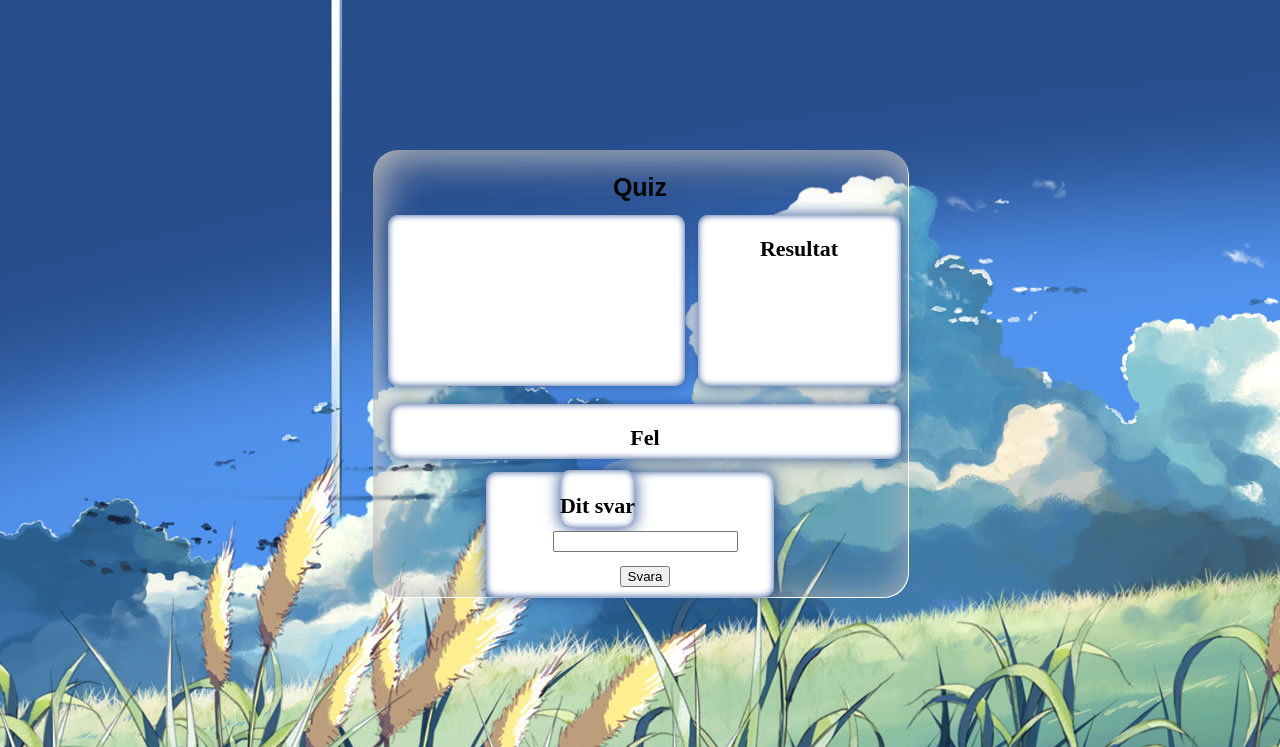
Repository: Marco30/1dv403-laborationer
Page: 4-thequiz/index.html
The author's editor kept a record of every edit. The page is drawn from the files as they stood at one moment, then again after the next edit.
The browser window is 1280 px wide. The pictures show the whole page.
The page's requests for data from a server got no answer.

Above is the page before.

### 4-thequiz/index.html
<!DOCTYPE html>

<html lang="sv">

<head>

	<meta charset="UTF-8" />

 	<title>Quiz</title>

 	<link href="css/style.css" rel="stylesheet" type="text/css">

    <script src="script/quiz.js"></script>


</head>

    <body>

        <div id="inramning"><!--*CSS läger text rutan i mitten-->

             <header><!--titel texten -->
                    <h1>Quiz</h1>
             </header>

           <main> <!--Alla meddelanden ska samlas här   -->

                <div id="textonpage"><!-- Här kommer jag lad in texten  -->

                </div>

                <div id="textram">

                    <p>
                        <div id="result"> Resultat </div>
                   </p>

                    <p>
                        <div id="fel"> Fel </div>
                   </p>

                    <div id="textruta">

                    <p>
                        <label id="antal">Dit svar</label><!--Visar antal meddelanden som finns på sidan -->
                    </p>

                    <p>

                    <input type="text" id="svar"/>

                    <input id="button" type="submit" value="Svara"/><!--Skicka Knapp, Man trycker på för att få upp meddelanden i sidan  -->

                    </p>



                </div>

           </main>

        </div>

    </body>
</html>

### 4-thequiz/css/style.css
 /* http://meyerweb.com/eric/tools/css/reset/
v2.0 | 20110126
License: none (public domain)
*/
html, body, div, span, applet, object, iframe,
h1, h2, h3, h4, h5, h6, p, blockquote, pre,
a, abbr, acronym, address, big, cite, code,
del, dfn, em, img, ins, kbd, q, s, samp,
small, strike, strong, sub, sup, tt, var,
b, u, i, center,
dl, dt, dd, ol, ul, li,
fieldset, form, label, legend,
table, caption, tbody, tfoot, thead, tr, th, td,
article, aside, canvas, details, embed,
figure, figcaption, footer, header, hgroup,
menu, nav, output, ruby, section, summary,
time, mark, audio, video {
margin: 0;
padding: 0;
border: 0;
font-size: 100%;
font: inherit;
vertical-align: baseline;
}
/* HTML5 display-role reset for older browsers */
article, aside, details, figcaption, figure,
footer, header, hgroup, menu, nav, section {
display: block;
}

ol, ul {
list-style: none;
}
blockquote, q {
quotes: none;
}
blockquote:before, blockquote:after,
q:before, q:after {
content: '';
content: none;
}
table {
border-collapse: collapse;
border-spacing: 0;
}

/*Här börjar min CSS */

#inramning
{
width: 535px;
margin: 150px auto;
/*background-color: #41566E;*/
/*border: 2px solid;*/
border-radius: 25px;
box-shadow: 1px 1px 0px 0px #FFF, 5px 5px 40px 2px #BBB inset;
}

header /* skappar rammen längs upp, den som har sidans namn */
{
height: 65px;
}

header H1 /* ger H1 följande egenskaper som alltid är bundna till header div */
{
font-weight: bold;
line-height: 74px;
text-align:center;
 font-family: ‘Lucida Sans Unicode’, ‘Lucida Grande’, sans-serif;
font-size: 25px;
color: rgb(5, 5, 5);
}

main
{

    height: auto;
    margin: auto;

}

body
{
line-height: 1;
/*background-color: #EDEDED;*/
background-image: url(../pics/promised.jpg);

}

.newmessage
{
background-color: #FFF;
width: 366px;
height: auto;
padding-top: 23px;
padding-bottom: 10px;
margin: 6px 649px 30px 71px;
    margin-top: 6px;
    margin-right-value: 649px;
    margin-bottom: 30px;
    margin-left-value: 71px;
    margin-left-ltr-source: physical;
    margin-left-rtl-source: physical;
    margin-right-ltr-source: physical;
    margin-right-rtl-source: physical;
word-wrap: break-word;
border-radius: 10px;
    border-top-left-radius: 10px;
    border-top-right-radius: 10px;
    border-bottom-right-radius: 10px;
    border-bottom-left-radius: 10px;
box-shadow: 0px 0px 7px 0px #2A5091 inset, 0px 0px 16px 0px #2A5091;
}

.textinput
{
       margin: 14px 3px 0px 34px;
}

.ikon
{
    margin-left: 455px;
}

.delete
{
       margin: 1px 0px 4px -132px;
width: 17px;
height: auto;
}

.tidikon
{

margin: -50px 19px 4px -155px;
width: 17px;
height: auto;
}

#antal
{
   margin: 14px 3px 0px 34px;
}

#result
{
background-color: #FFF;
width: 203px;
padding-top: 23px;
padding-bottom: 10px;
margin: -163px 649px 28px 325px;
word-wrap: break-word;
border-radius: 10px;
box-shadow: 0px 0px 7px 0px #2A5091 inset, 0px 0px 16px 0px #2A5091;
height: 100px;

font-size: 22px;
text-align: center;
font-weight: bold;
height: 138px;
margin: -201px 649px 28px 325px;
}


#fel
{
  background-color: #FFF;
width: 511px;
height: auto;
padding-top: 23px;
padding-bottom: 10px;
margin: -10px 81px 29px 17px;
word-wrap: break-word;
border-radius: 10px;
box-shadow: 0px 0px 7px 0px #2A5091 inset, 0px 0px 16px 0px #2A5091;

font-size: 22px;
text-align: center;
font-weight: bold;
}


#antal
{
  background-color: #FFF;
width: 511px;
height: auto;
padding-top: 23px;
padding-bottom: 10px;
margin: -10px 81px 29px 17px;
word-wrap: break-word;
border-radius: 10px;
box-shadow: 0px 0px 7px 0px #2A5091 inset, 0px 0px 16px 0px #2A5091;

font-size: 22px;
text-align: center;
font-weight: bold;
}


#svar
{

margin: 14px 3px 0px 34px;
}


#button
{
    margin: 14px 3px 0px 34px;
}

#textruta
{
  background-color: #FFF;
width: 288px;
height: auto;
padding-top: 23px;
padding-bottom: 10px;
margin: -16px 649px 30px 113px;
word-wrap: break-word;
border-radius: 10px;
box-shadow: 0px 0px 7px 0px #2A5091 inset, 0px 0px 16px 0px #2A5091;

font-size: 22px;
text-align: center;
font-weight: bold;

}

#textonpage
{
background-color: #FFF;
width: 297px;
padding-top: 23px;
padding-bottom: 10px;
margin: 0px 649px 30px 15px;
word-wrap: break-word;
border-radius: 10px;
box-shadow: 0px 0px 7px 0px #2A5091 inset, 0px 0px 16px 0px #2A5091;
height: 100px;

font-size: 22px;
text-align: center;
font-weight: bold;
vertical-align: middle;
line-height: 90px;
height: 138px;
}

### 4-thequiz/script/quiz.js
"use strict";

var quiz = {

    froga : null, // Variabel som kommer hålla objekten man från server

    xhr1 : new XMLHttpRequest(),// vi skppar ett XMLHttpRequest objekt som får namnet  xhr1

    xhr2 : new XMLHttpRequest(),// vi skppar ett XMLHttpRequest objekt som får namnet  xhr2

    webbfroga : "http://vhost3.lnu.se:20080/question/1",// Variabel som får start webbplatsen där informationen som vi kommer använda finns

    antal : 0,// Kommer hålla antal försök

    forsoktabel: [],// I den här arrayen kommer vi samla alla försök man gjort

    slut : 0, // använd för att texten efter avslutat sepl inte ska visa antal fel och antall försök

    start : function()
    {

        //---------------------Event hanterare som hanterar knapp tryckning--------------------------------

    document.getElementById("button").onclick = function(e)
    {
            e.preventDefault();

            var value = document.getElementById("svar").value;

             //document.getElementById("textonpage").innerHTML = "hej på dig";

            //document.getElementById("textonpage").innerHTML = quiz.froga.nextURL +" " + value;

            quiz.laddarupp(value, quiz.froga.nextURL);

    };


    quiz.laddarner(quiz.webbfroga);

    },

        //---------------------laddar ner frågor--------------------------------

    laddarner : function(http)
    {
       quiz.xhr1.onreadystatechange = function()// Funkar som onclick, men aktiveras när servern skickar till baks information
        {

            if (quiz.xhr1.readyState === 4)// 4 betyder att att information är färdig sickat, den kan nu användas av oss, när datan finns på websidan så startar den här if satsen
            {

                if(quiz.xhr1.status === 200)// // den här if satsen är en säkerhet kontroll, 200 betyder att att överföringen från server till webbsidan gick bra
                {


                quiz.froga =  JSON.parse(quiz.xhr1.responseText);// Omvandlar objekt vi får från servern till en arraye variabel med array funktioner.

                document.getElementById("textonpage").innerHTML = quiz.froga.question; // Läger in texten/information vi fåt från server i webbsidan

                }

            }

        };

            quiz.xhr1.open("GET",http,true);// Här sätter vi inställningar, gör att laddaner eller laddaupp, GET betyder att vi lddarner, http server platsen där informationen vi behöver finns, true betyder asynkront vilket betyder att man kör den utan att störa resten av scriptet

            quiz.xhr1.send(null);//Den här används för att laddar upp information i servern
    },



    laddarupp : function(svar, http)
    {

        //---------------------laddar upp svar--------------------------------

        quiz.xhr2.onreadystatechange = function()// Funkar som onclick, men aktiveras när servern skickar till baks information
        {

            if(quiz.xhr2.readyState === 4)// 4 betyder att att information är färdig sickat, den kan nu användas av oss, när datan finns på websidan så startar den här if satsen
            {
                var frogor2 = JSON.parse(quiz.xhr2.responseText);// Omvandlar objekt vi får från servern till en arraye variabel med array funktioner.

               document.getElementById("svar").value = "";// Noll ställer text rutan där man mattar in svar


                 if(frogor2.message === "Correct answer!")// kontrollerar att man get rätt svar gänom att gemföra meddelandet från servern
                 {

                        if (frogor2.nextURL !== undefined)// om frogor2.nextURL int är undefinde så går vi in i den här if stasen
                        {
                            document.getElementById("fel").innerHTML = ""// Noll ställer fel texte rutan där texten fel visas när man gjort ett fel

                            document.getElementById("antal").innerHTML = ""// Noll ställer texte rutan där texten antal försök visas

                            quiz.forsoktabel.push(quiz.antal);//Sparar anfall försöka man gjort i arrayen forsoktabe

                            quiz.antal = 0;// Noll ställer antal försök innan man läser in nästa fråga

                            quiz.laddarner(frogor2.nextURL);//Läser in nästa fråga genom att ge den nya server plasten där frågan finns
                        }

                        else//Har du fåt rät svar och det var den sita frågan så startar vi den här else satsen, den startas när frogor2.nextURL är undefine, Vilket också betyder att det är slut på frågor
                        {
                            quiz.forsoktabel.push(quiz.antal);//Sparar anfall försöka man gjort i arrayen forsoktabe

                            quiz.antal = 0; // Noll ställer antal försök innan man läser in nästa fråga

                            document.getElementById("textonpage").innerHTML = "Quizen är slut";// lägger in Error text i webbsidan

                            document.getElementById("fel").innerHTML = ""// Noll ställer fel texte rutan där texten fel visas när man gjort ett fel

                            document.getElementById("antal").innerHTML = ""// Noll ställer texte rutan där texten antal försök visas

                            quiz.slut = 1;// fixar bugar med att man kunte trycka på svara knapen och text matades in

                            quiz.resultat();

                        }

                }

                else// Var det fel svar så körs den här else satsen som visar att du svarat fel
                {

                    if(quiz.slut === 0)
                    {
                        document.getElementById("fel").innerHTML = "Du har svar fel på frågan!!!";// lägger in Error text i webbsidan

                        quiz.antal += 1;// räknar antal fel

                    document.getElementById("antal").innerHTML = " Antal försök: " + quiz.antal;// visar antal försök du gjort på frågan
                    }
                    else// fixar fel Som gjorde att man kunde forsetta se att det var fel svar och antal försök man gjort fast spelet var slut.
                    {
                        document.getElementById("fel").innerHTML = ""// Noll ställer fel texte rutan där texten fel visas när man gjort ett fel

                        document.getElementById("antal").innerHTML = ""// Noll ställer texte rutan där texten antal försök visas
                    }
                }
            }
        };

    var serversvar = JSON.stringify({answer: svar});// Här läggs svaret in och omvandlas till ett objekt som kan tass i mot av servern

   quiz.xhr2.open("POST", http, true);// // Här sätter vi inställningar, gör att laddaner eller laddaupp, POST betyder att vi laddar upp, http server platsen där informationen vi ska ladda upp, true betyder asynkront vilket betyder att man kör den utan att störa resten av scriptet

    quiz.xhr2.setRequestHeader("Content-Type", "application/json");// Informerar server att vi använder jason

    quiz.xhr2.send(serversvar);// Skickar upp datan till servern


    },

    //----------------------Resultat på antal försök  -------------------------------

    resultat : function()// Här presenteras försöks tabell
    {
        if(quiz.slut === 1)// Som gjorde att man kunde forsetta matta in text efter att spelet är slut och resultat rutan visade texten fast en det inte fan en fråga
        {

            document.getElementById("result").innerHTML = "Antal försök: ";// Lägger in text i webbsidan

            var m = 1;// visar numer på frågan

            for (var i = 0; i < quiz.forsoktabel.length; i+=1) // Löper igenom arrayen som har sammalt alla försök
            {
                var p = document.createElement("p");//Variabeln p får HTML koden <p>

                p.innerHTML = "Fråga "+ m +": " + quiz.forsoktabel[i];// lägger in information som finns i arrayen i <p> tagarna så att de syns på sidan

                 document.getElementById("result").appendChild(p);// Lägger in den nya HTML koden <p> i <div id = "result"> så att det syns på webbsidan

            m+=1;

            }

        }

        quiz.slut = 2;// fixar fell Som gjorde att man kunde forsetta matta in text efter att spelet är slut och resultat rutan visade texten fast en det inte fan en fråga

    }

};


window.onload = quiz.start;// startar funktionen som har label start när sidan har ladats

After the next edit:
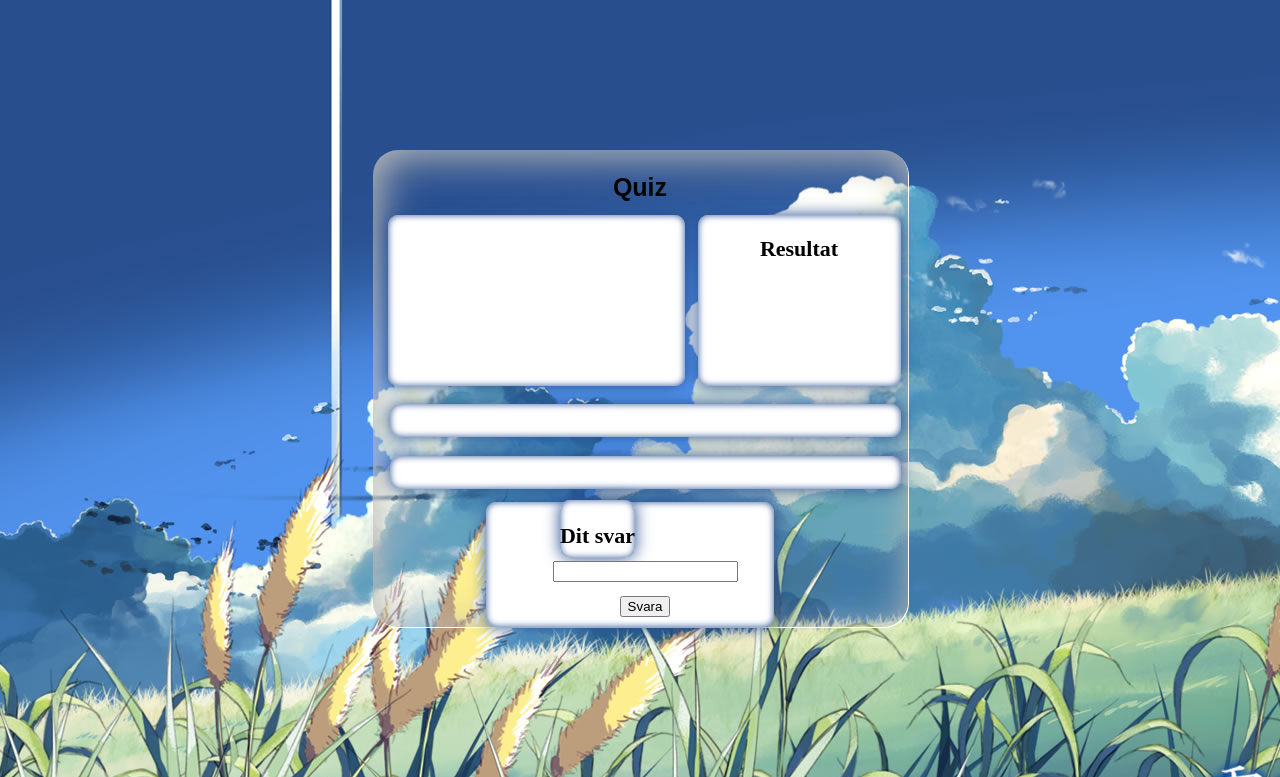
The edit:
--- a/4-thequiz/index.html
+++ b/4-thequiz/index.html
@@ -36,7 +36,11 @@
                    </p>
 
                     <p>
-                        <div id="fel"> Fel </div>
+                        <div id="fel"> </div>
+                   </p>
+
+                     <p>
+                        <div id="antal"> </div>
                    </p>
 
                     <div id="textruta">
